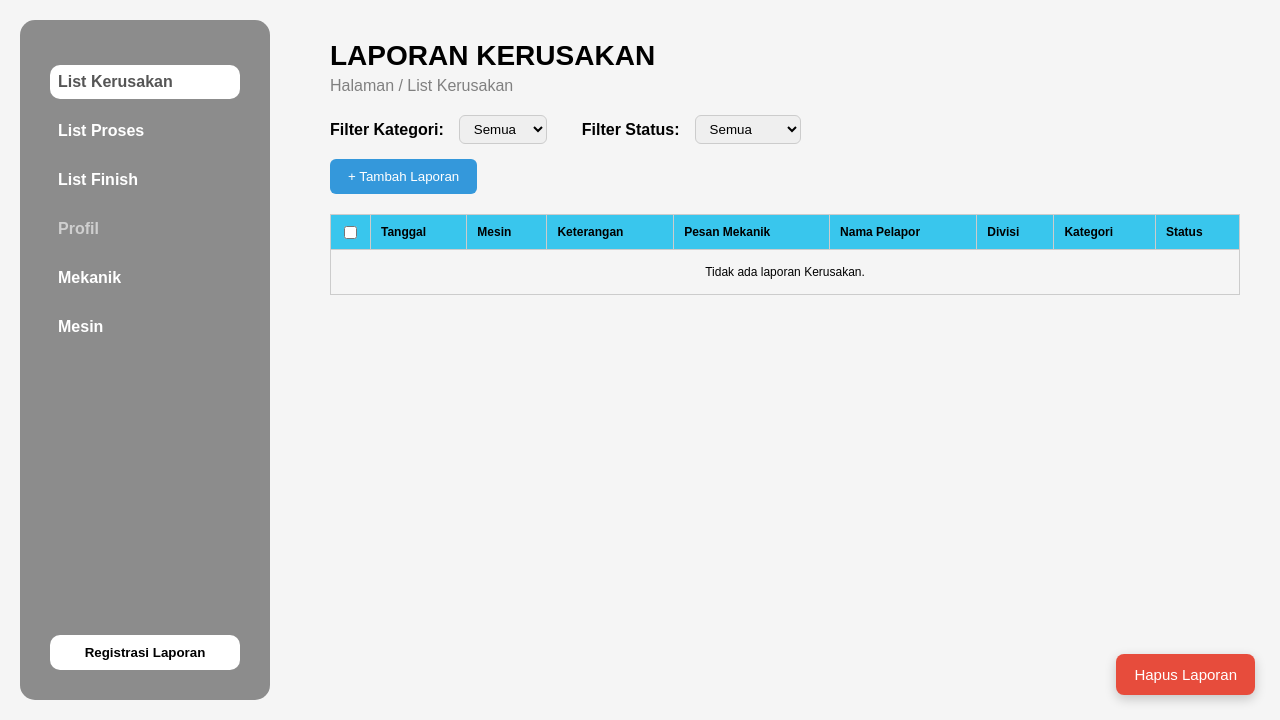
Repository: 1rHub/maintenance
Page: http://localhost/dashboard_laporan.php
These files come from the project's save history. The page is drawn as it stood at one moment and after a run of saves; the edit follows.
The browser window is 1280 px wide. The pictures show the whole page.
The page is run by PHP 8.4 with error messages shown; the project is at /var/www/html/. Queries for data that is not in the repository find no rows.

Above is the page before, as saved 2025-10-16 00:30:35.

After the next 3 saves:
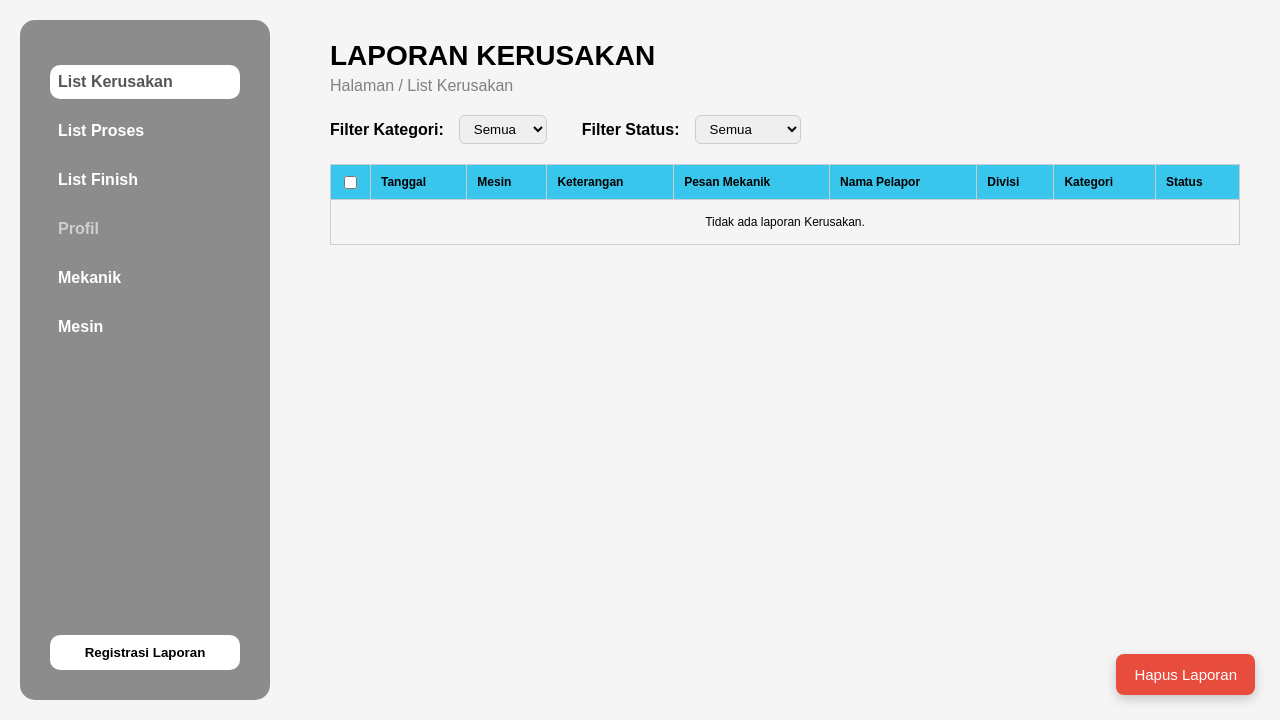
The 3 saves are shown as one change because they came seconds apart.
The last was saved 56 s later.
--- a/dashboard_laporan.php
+++ b/dashboard_laporan.php
@@ -106,15 +106,6 @@ if ($_SERVER['REQUEST_METHOD'] === 'POST' && isset($_POST['ambil_laporan'])) {
                 <option value="ditunda">Ditunda</option>
             </select>
         </div>
-
-        <!-- Tombol Tambah Laporan -->
-<div style="margin-bottom: 15px;">
-    <button onclick="openPopup()"
-        style="background-color:#3498db; color:white; border:none; padding:10px 18px; border-radius:6px; cursor:pointer;">
-        + Tambah Laporan
-    </button>
-</div>
-
 
         <form id="hapusForm" method="POST">
             <input type="hidden" name="hapus_laporan" value="1">
